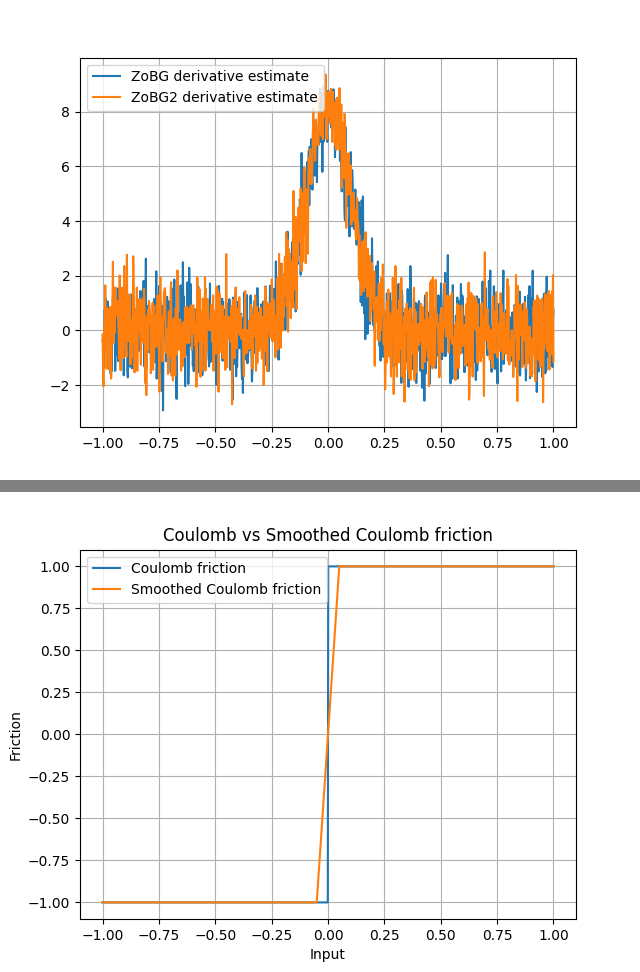
Repository: oomcth/Gradient-smoothing
Script's output: python test.py
An editor plug-in stored every save of this project. The script's output is shown before and after the next save, followed by the edit.
Each picture stacks the figures in order, with grey between them; figures that are only written to a file come last. Random numbers start from a fixed seed.

Above is the script's output before, as saved 2025-11-21 17:19:00.

After the next save:
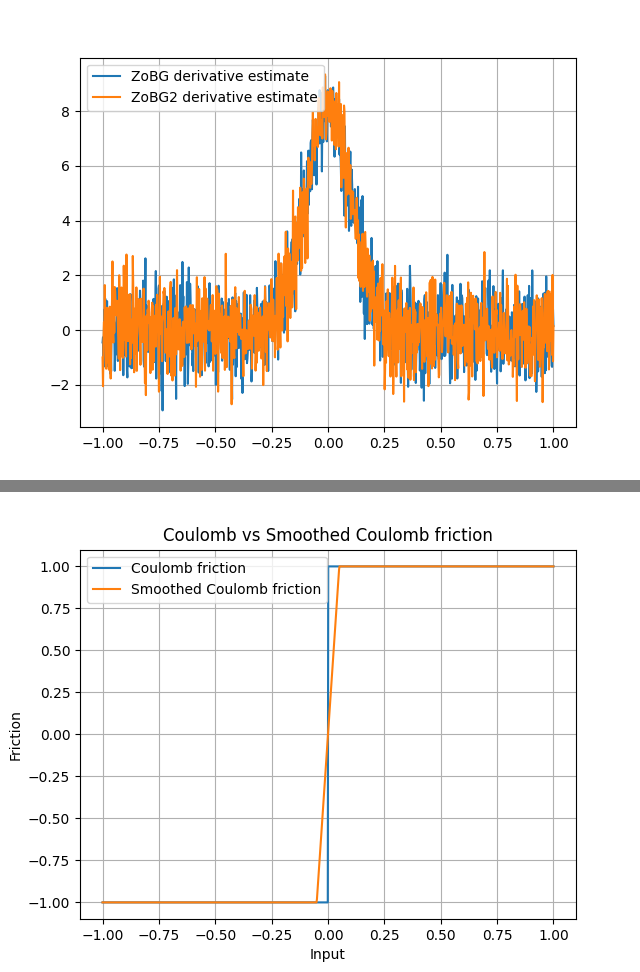
Saved 110 s later.
--- a/test.py
+++ b/test.py
@@ -69,5 +69,6 @@ def visualize_coulomb_derivatives():
     plt.show()
 
 
+print(zo_gradient(coulomb_friction, 10, 100))
 visualize_coulomb_derivatives()
 visualize_coulomb(t)
